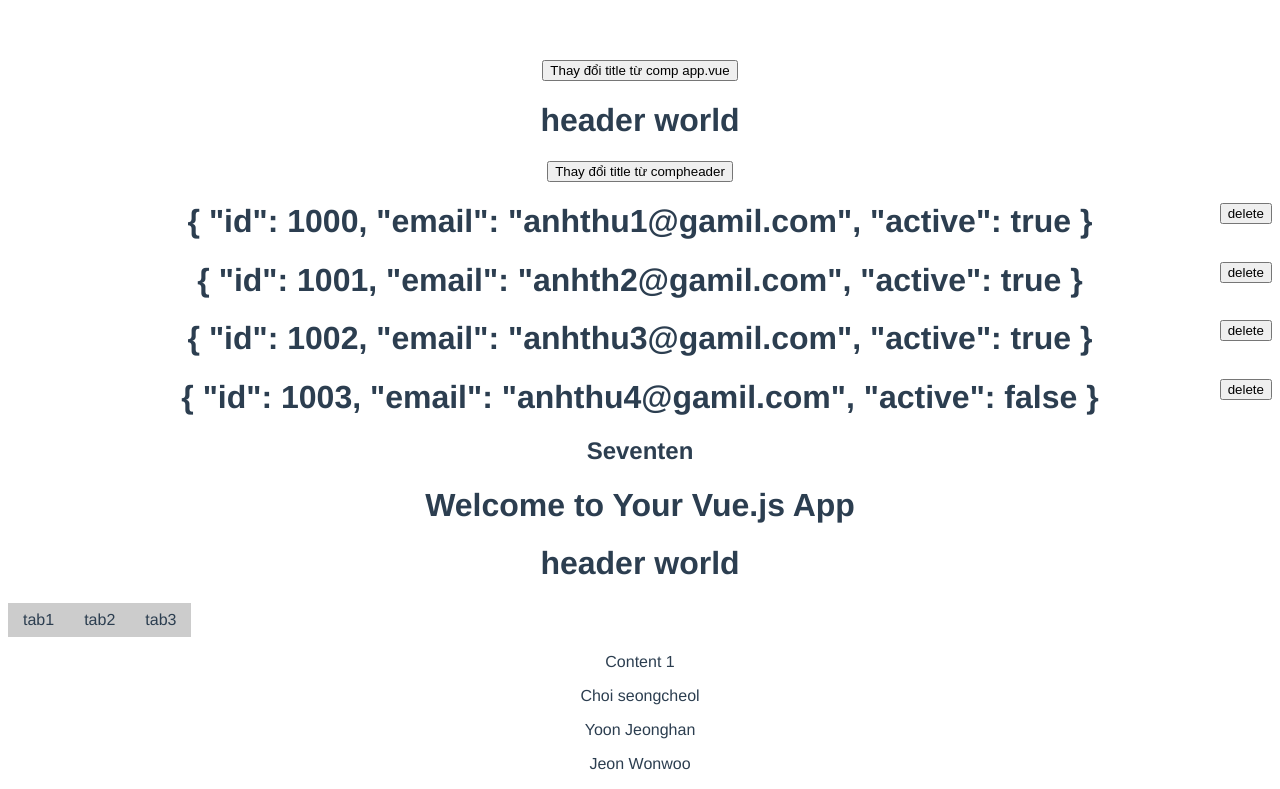
Repository: anhthu112/Todo-list
Page: /
The author's editor kept a copy of each file at every save. The page is drawn from the files as they stood at one save, then again after the next save.
The browser window is 1280 px wide. The pictures show the whole page.
The project was rebuilt for these pictures with package versions that can differ from the ones it lists, and the page was loaded fresh each time. Also part of the build but not shown: vue.config.js.

Above is the page before, as saved 2024-01-29 16:26:09.

After the next save:
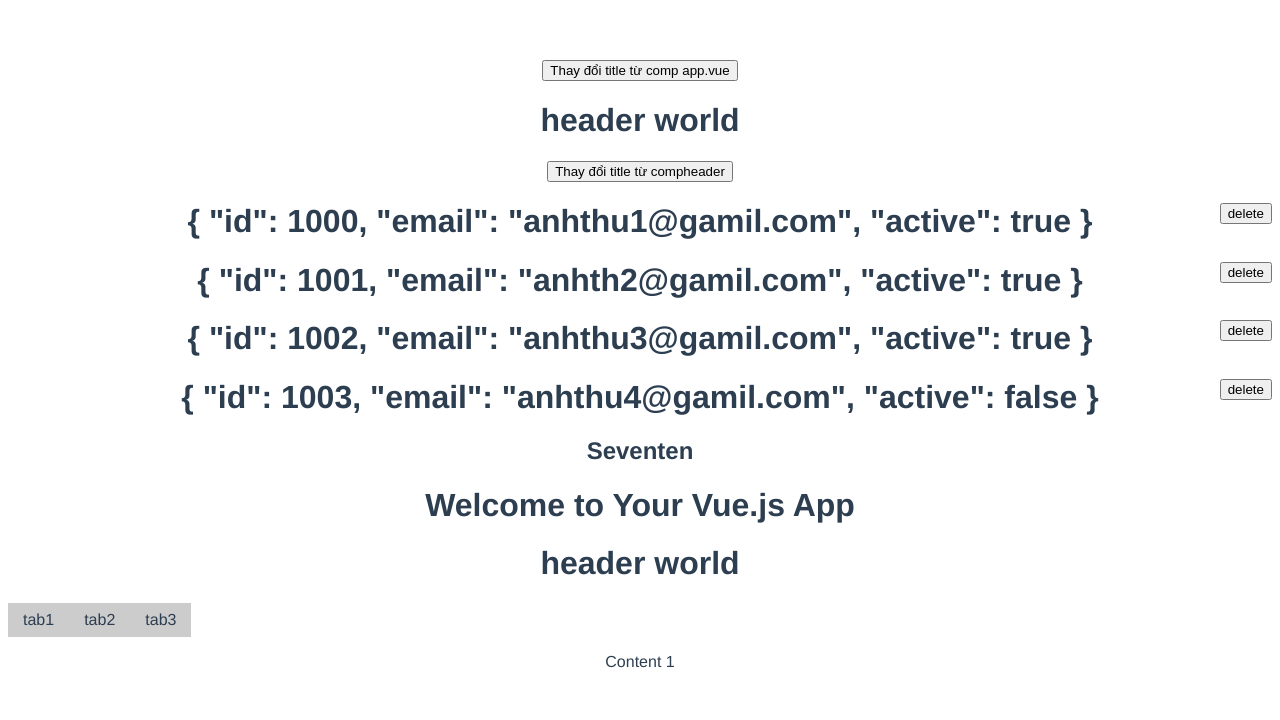
Saved 9 min 34 s later.
--- a/src/components/CompTodo.vue
+++ b/src/components/CompTodo.vue
@@ -1,5 +1,5 @@
 <template>
-  <p v-for="todo in todo" v-bind:key="todo">{{ todo }}</p>
+  <TodoItem v-for="todo in todo" v-bind:key="todo"/>
 </template>
 <script>
 import TodoItem from './TodoItem.vue'
